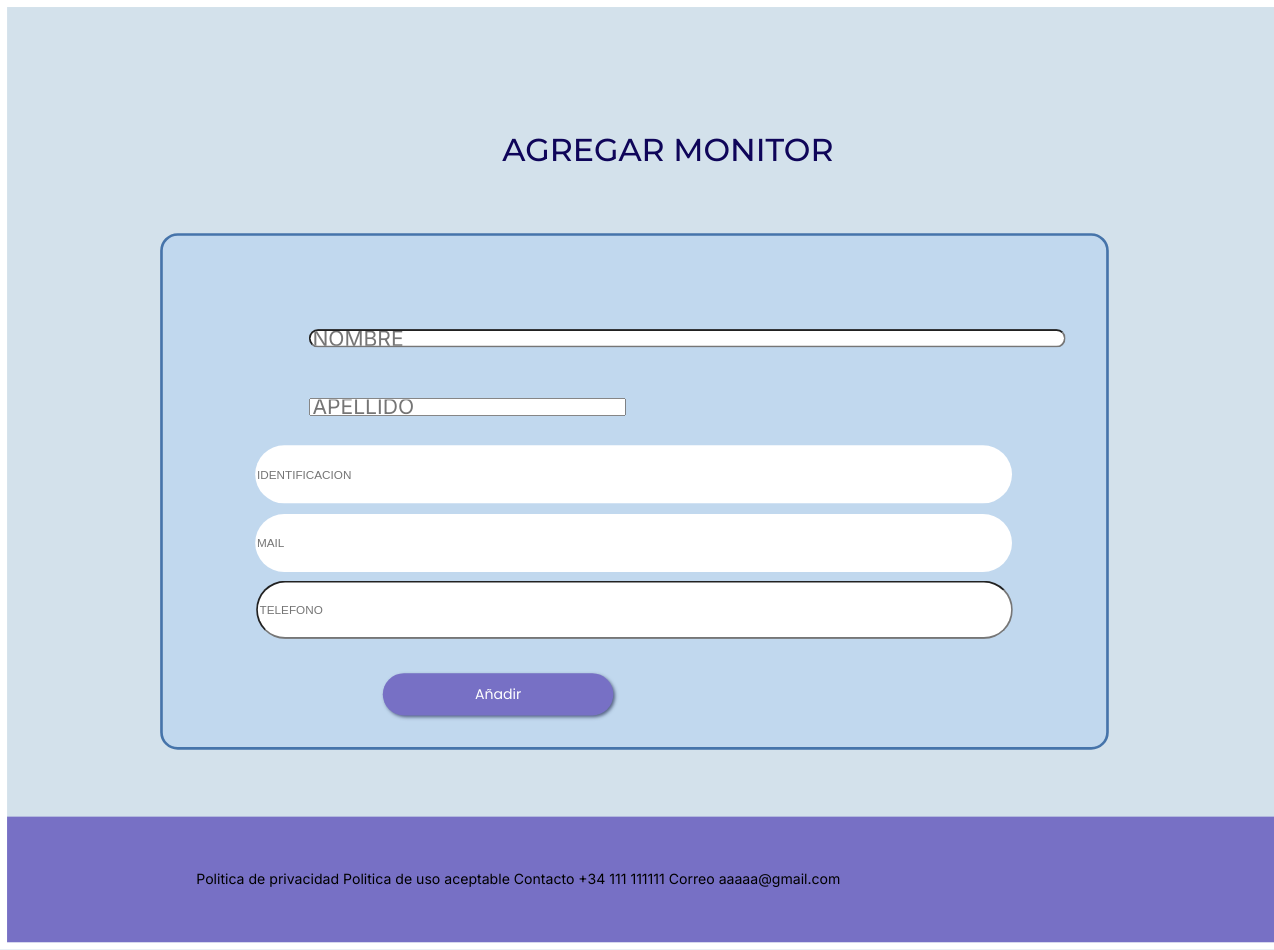
Repository: maariadomiingo/Proyecto-Integrador-Campamento
Page: html/agregarMonitor.html
The author's editor kept a copy of each file at every save. The page is drawn from the files as they stood at one save, then again after the next save.
The browser window is 1280 px wide. The page is 1448 px wide, so the pictures cover 1448 px, including what lies to the right of the window. The pictures show the whole page, at 88% of full size.

Above is the page before, as saved 2025-02-13 09:48:48.

### html/agregarMonitor.html
<!DOCTYPE html>
<html lang="en">
  <head>
    <meta charset="UTF-8" />
    <meta name="viewport" content="width=device-width, initial-scale=1.0" />
    <title>Ahregar Monitor</title>
    <link rel="stylesheet" href="https://fonts.googleapis.com/css2?family=Montserrat:wght@500&display=swap" />
<link rel="stylesheet" href="https://fonts.googleapis.com/css2?family=Poppins:wght@400&display=swap" />
<link rel="stylesheet" href="https://fonts.googleapis.com/css2?family=Inter:wght@400&display=swap" />
    <link rel="stylesheet" href="../css/agregarMonitor.css" />
  </head>
  <body>
    <div class="main-container">
      <span class="span">AGREGAR MONITOR</span>
      <div class="fondo">
<!-- LOGO-->
<img src="../img/logo sin fondo.png" class="logo" />

<div class="caja-azul">

</div>

      </div>

<!--       cambiarnombre class: nombre, apellido,mail,telefono,identificacion en html y css-->
       <input type="text" class="nombre" name="nombre" placeholder="NOMBRE">
      <input type="text" class="apellido" name="apellido" placeholder="APELLIDO">
      <input type="email" class="rectangle-button-8" name="mail" placeholder="MAIL">
      <input type="text" class="rectangle-9" name="telefono" placeholder="TELEFONO">
      <input type="text" class="rectangle-button" name="IDENTIFICACION" placeholder="IDENTIFICACION">

      <button class="primary-buttons">
        <span class="button">Añadir</span>
      </button>
      <div class="rectangle-a"></div>
      <span class="politica-de-privacidad">Politica de privacidad Politica de uso aceptable Contacto +34 111 111111 Correo aaaaa@gmail.com</span>
    </div>
  </body>
</html>

### css/agregarMonitor.css
:root {
  --default-font-family: -apple-system, BlinkMacSystemFont, "Segoe UI", Roboto,
    Ubuntu, "Helvetica Neue", Helvetica, Arial, "PingFang SC",
    "Hiragino Sans GB", "Microsoft Yahei UI", "Microsoft Yahei",
    "Source Han Sans CN", sans-serif;
}

.main-container {
  overflow: hidden;
}

.main-container,
.main-container * {
  box-sizing: border-box;
}

input,
select,
textarea,
button {
  outline: 0;
}

.main-container {
  position: relative;
  width: 1440px;
  height: 1063px;
  margin: 0 auto;
}
.fondo {
  position: relative;
  width: 100%;
  height: 100%;
  top: 0;
  left: 0;
  background: #d3e1eb;
}
.logo {
  position: relative;
  width: 5px;
  height: 5px;
  top: -5%;
  left: 30%;
  z-index: 19;
}

.div {
  position: absolute;
  width: 19px;
  height: 21px;
  top: 56px;
  left: 84px;
  background: url(./assets/images/1e01157a333e1bec54a9393a8e8dd6b13038c27c.png)
    no-repeat center;
  background-size: cover;
  z-index: 20;
}
.div-2 {
  position: absolute;
  width: 24px;
  height: 29px;
  top: 63px;
  left: 1321px;
  background: url(./assets/images/d1984de478cfebaa95ada4a339a47bb648a589b3.png)
    no-repeat center;
  background-size: cover;
  z-index: 22;
}
.div-3 {
  position: absolute;
  width: 114px;
  height: 82px;
  top: 119px;
  left: 451px;
  background: url(./assets/images/a8f32849-de26-4fc5-b416-357a4538ae3c.png)
    no-repeat center;
  background-size: cover;
  z-index: 1;
}
.span {
  display: flex;
  align-items: flex-start;
  justify-content: center;
  position: absolute;
  width: 636px;
  height: 116px;
  top: 141px;
  left: 433px;
  color: #0f0559;
  font-family: Montserrat, var(--default-font-family);
  font-size: 36px;
  font-weight: 500;
  line-height: 43.884px;
  text-align: center;
  z-index: 3;
}
.div-4 {
  position: absolute;
  width: 27px;
  height: 23px;
  top: 157px;
  left: 508px;
  background: url(./assets/images/5f671df9ca895acd896dd721997735885d389190.png)
    no-repeat center;
  background-size: cover;
  z-index: 2;
}
.caja-azul {
  position: absolute;
  width: 1078px;
  height: 587px;
  top: 257px;
  left: 174px;
  background: rgba(176, 207, 241, 0.5);
  border: 3px solid #4674aa;
  z-index: 4;
  border-radius: 20px;
}
.nombre {
  position: absolute;
  width: 860px;
  height: 66px;
  top: 344px;
  left: 282px;
  background: #ffffff;
  z-index: 11;
  overflow: hidden;
  border-radius: 50px;
}
.nombre {
  display: flex;
  align-items: flex-start;
  justify-content: flex-start;
  position: absolute;
  height: 21px;
  top: 366px;
  left: 343px;
  color: #000000;
  font-family: Inter, var(--default-font-family);
  font-size: 24px;
  font-weight: 400;
  line-height: 21px;
  text-align: left;
  white-space: nowrap;
  z-index: 12;
}
.rectangle-7 {
  position: absolute;
  width: 860px;
  height: 67px;
  top: 421px;
  left: 283px;
  cursor: pointer;
  background: #ffffff;
  border: none;
  z-index: 7;
  border-radius: 50px;
}
.apellido {
  display: flex;
  align-items: flex-start;
  justify-content: flex-start;
  position: absolute;
  height: 21px;
  top: 444px;
  left: 343px;
  color: #000000;
  font-family: Inter, var(--default-font-family);
  font-size: 24px;
  font-weight: 400;
  line-height: 21px;
  text-align: left;
  white-space: nowrap;
  z-index: 13;
}
.rectangle-button {
  position: absolute;
  width: 860px;
  height: 66px;
  top: 498px;
  left: 282px;
  cursor: pointer;
  background: #ffffff;
  border: none;
  z-index: 10;
  border-radius: 50px;
}
.identificacion {
  display: flex;
  align-items: flex-start;
  justify-content: flex-start;
  position: absolute;
  height: 21px;
  top: 521px;
  left: 343px;
  color: #000000;
  font-family: Inter, var(--default-font-family);
  font-size: 24px;
  font-weight: 400;
  line-height: 21px;
  text-align: left;
  white-space: nowrap;
  z-index: 16;
}
.rectangle-button-8 {
  position: absolute;
  width: 860px;
  height: 66px;
  top: 576px;
  left: 282px;
  cursor: pointer;
  background: #ffffff;
  border: none;
  z-index: 9;
  border-radius: 50px;
}
.mail {
  display: flex;
  align-items: flex-start;
  justify-content: flex-start;
  position: absolute;
  height: 21px;
  top: 597px;
  left: 343px;
  color: #000000;
  font-family: Inter, var(--default-font-family);
  font-size: 24px;
  font-weight: 400;
  line-height: 21px;
  text-align: left;
  white-space: nowrap;
  z-index: 15;
}
.rectangle-9 {
  position: absolute;
  width: 860px;
  height: 66px;
  top: 652px;
  left: 283px;
  background: #ffffff;
  z-index: 8;
  overflow: hidden;
  border-radius: 50px;
}
.telefono {
  display: flex;
  align-items: flex-start;
  justify-content: flex-start;
  position: absolute;
  height: 21px;
  top: 676px;
  left: 343px;
  color: #000000;
  font-family: Inter, var(--default-font-family);
  font-size: 24px;
  font-weight: 400;
  line-height: 21px;
  text-align: left;
  white-space: nowrap;
  z-index: 14;
}
.primary-buttons {
  display: flex;
  align-items: center;
  justify-content: center;
  flex-wrap: nowrap;
  gap: 16px;
  position: absolute;
  width: 262px;
  height: 48px;
  top: 757px;
  left: 427px;
  padding: 16px 16px 16px 16px;
  cursor: pointer;
  background: #7770c5;
  border: none;
  z-index: 5;
  border-radius: 32px;
  box-shadow: 2px 2px 4px 0 rgba(51, 62, 99, 0.75);
}
.button {
  flex-shrink: 0;
  flex-basis: auto;
  position: relative;
  height: 22px;
  color: #ffffff;
  font-family: Poppins, var(--default-font-family);
  font-size: 16px;
  font-weight: 400;
  line-height: 22px;
  text-align: left;
  white-space: nowrap;
  z-index: 6;
}
.rectangle-a {
  position: absolute;
  width: 1440px;
  height: 143px;
  top: 920px;
  left: 0;
  background: #7770c5;
  z-index: 17;
}
.politica-de-privacidad {
  display: flex;
  align-items: flex-start;
  justify-content: flex-start;
  position: absolute;
  height: 19px;
  top: 982px;
  left: 215px;
  color: #000000;
  font-family: Inter, var(--default-font-family);
  font-size: 16px;
  font-weight: 400;
  line-height: 19px;
  text-align: left;
  white-space: nowrap;
  z-index: 18;
}

After the next save:
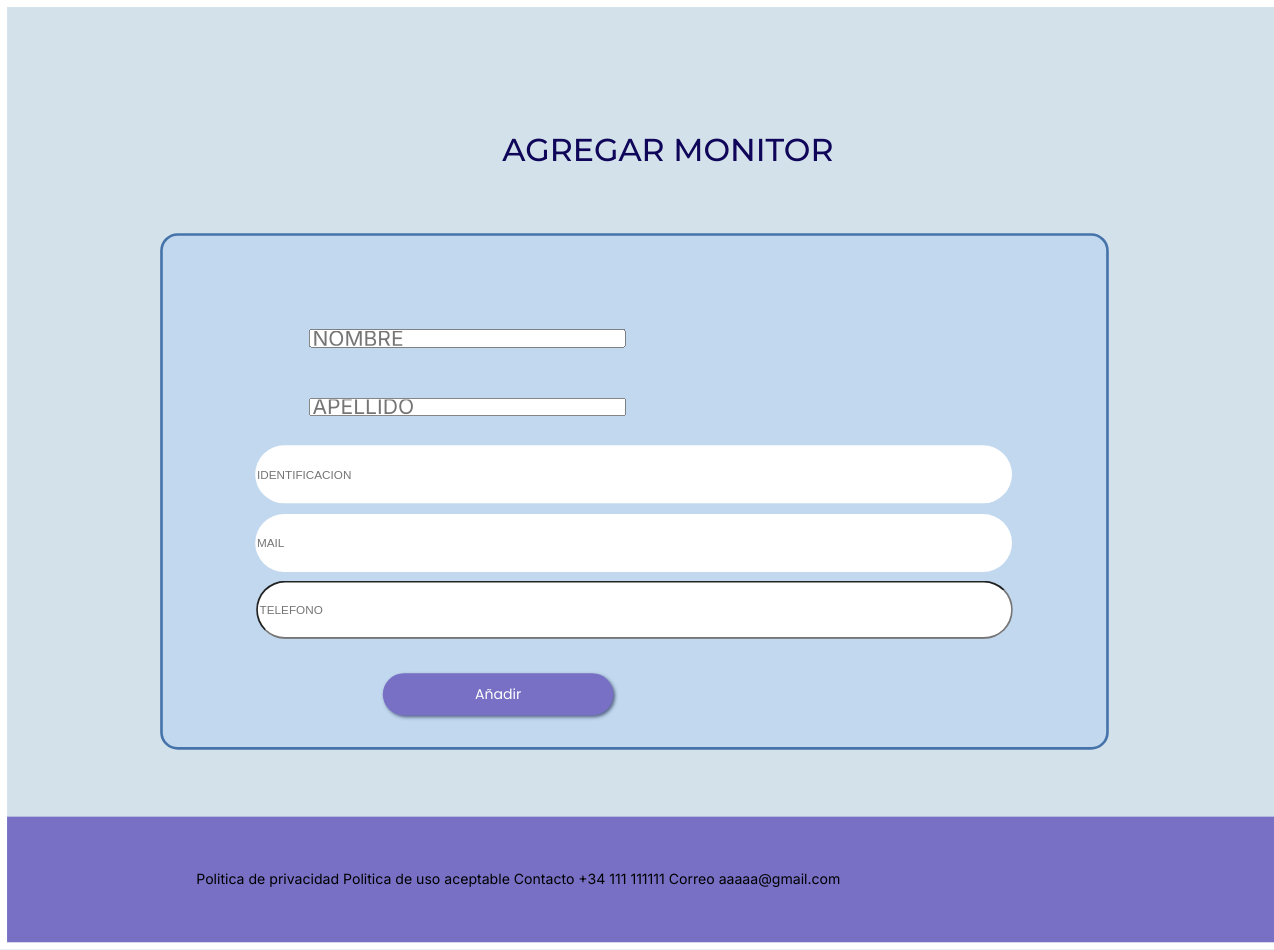
Saved 7 s later.
--- a/css/agregarMonitor.css
+++ b/css/agregarMonitor.css
@@ -116,7 +116,7 @@ button {
   z-index: 4;
   border-radius: 20px;
 }
-.nombre {
+.rectangle-6 {
   position: absolute;
   width: 860px;
   height: 66px;
